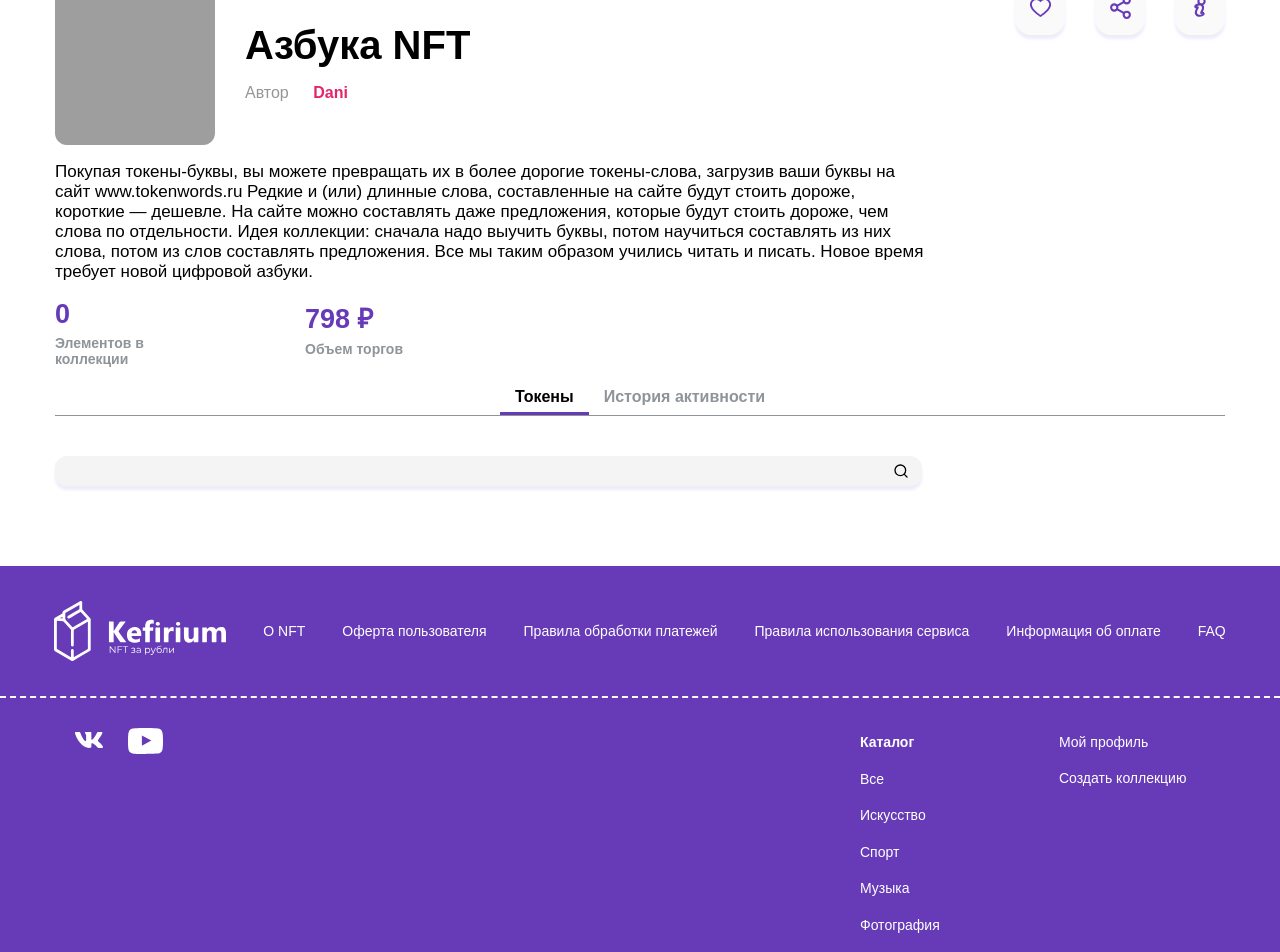
Repository: danchikko/kefirium
Page: /collection
These files come from the project's save history. The page is drawn as it stood at one moment and after the next save; the edit follows.
The browser window is 1280 px wide. The pictures show the part of the page from y = 415 to 1367 px (the page is 1527 px tall).
Pictures or frames that could not be fetched are drawn as grey boxes. The project was rebuilt for these pictures with package versions that can differ from the ones it lists, and the page was loaded fresh each time. Requests to the local data server were answered from the project's data file. Also part of the build but not shown: src/components/signUp/Navs.js, src/utils/helpers/constants.js, src/components/signUp/FormPhysic.js, src/components/signUp/FormJur.js, src/components/signUp/SignUp.js, src/components/signIn/Form.js, src/components/signIn/SignIn.js, src/components/header/Register.js and 48 more.

Above is the page before, as saved 2022-08-18 16:37:03.

### public/index.html
<!DOCTYPE html>
<html lang="en">
	<head>
		<meta charset="utf-8" />
		<link rel="icon" href="%PUBLIC_URL%/favicon.ico" />
		<meta name="viewport" content="width=device-width, initial-scale=1" />
		<meta name="theme-color" content="#000000" />
		<meta
			name="description"
			content="Web site created using create-react-app"
		/>
		<link rel="apple-touch-icon" href="%PUBLIC_URL%/logo192.png" />
		<link rel="manifest" href="%PUBLIC_URL%/manifest.json" />
		<title>React App</title>
	</head>
	<body>
		<div id="root"></div>
	</body>
</html>

### src/index.js
import React from 'react'
import ReactDOM from 'react-dom/client'
import './index.css'
import App from './App'
import { BrowserRouter } from 'react-router-dom'
import { Provider } from 'react-redux'
import store from './store'

const root = ReactDOM.createRoot(document.getElementById('root'))
root.render(
	<React.StrictMode>
		<BrowserRouter>
			<Provider store={store}>
				<App />
			</Provider>
		</BrowserRouter>
	</React.StrictMode>,
)

### src/index.css
* {
	box-sizing: border-box;
  font-family: 'Barlow', sans-serif;
  font-family: 'Barlow Condensed', sans-serif;
  font-family: 'Bebas Neue', cursive;
  font-family: 'Kanit', sans-serif;
  font-family: 'M PLUS 1 Code', sans-serif;
  font-family: 'Oxygen', sans-serif;
  /* font-family: Situs;
  font-style: italic; */
}

body {
	margin: 0;
}

### src/App.js
import Footer from './components/footer/Footer'
import Header from './components/header/Header'
import { AuthContextProvider } from './context/AuthContext'
import Main from './pages'

function App() {

	return (
		<AuthContextProvider>
			<Header />
			<Main />
			<Footer />
		</AuthContextProvider>
	)
}

export default App

### src/store/index.js
import optionsSlice from "./optionsSlice"
import { configureStore } from "@reduxjs/toolkit"
import postsSlice from "./postsSlice"
import registerSlice from "./registerSlice"
import profileSlice from "./profileSlice"

const store = configureStore({
    reducer: {
        options: optionsSlice,
        posts: postsSlice,
        register: registerSlice,
        profile: profileSlice,
    }
})

export default store

### src/components/footer/Footer.js
import { useDispatch } from 'react-redux'
import styled from 'styled-components'
import {
	closeCategoriesModal,
	closeSupportModal,
} from '../../store/optionsSlice'
import { modalRegisterGlobal } from '../../store/registerSlice'
import FirstBlock from './FirstBlock'
import SecondBlock from './SecondBlock'

const Footer = () => {
	const dispatch = useDispatch()
	return (
		<MainFooter
			onClick={() =>
				dispatch(
					closeCategoriesModal(),
					dispatch(closeSupportModal(), dispatch(modalRegisterGlobal())),
				)
			}
		>
			<FirstBlock />
			<SpecialDiv />
			<SecondBlock />
		</MainFooter>
	)
}

const MainFooter = styled.footer`
	width: 100%;
	background: #673bb7;
`

const SpecialDiv = styled.div`
	width: 100%;
	border-bottom: 2.5px dashed #ffff;
`

export default Footer

### src/context/AuthContext.js
import { createContext, useContext, useEffect, useState } from 'react'
import {
	createUserWithEmailAndPassword,
	signInWithEmailAndPassword,
	signOut,
	onAuthStateChanged,
} from 'firebase/auth'
import { auth } from '../firebase'

const UserContext = createContext()

export const AuthContextProvider = ({ children }) => {
    const [user, setUser] = useState({})
	const createUser = (email, password) => {
		return createUserWithEmailAndPassword(auth, email, password)
	};

    const signIn = (email, password) => {
        return signInWithEmailAndPassword(auth, email, password)
    }

    const logout = () => {
        return signOut(auth)
    }

    useEffect(() => {
        const unsubscribe = onAuthStateChanged(auth, (currentUser) => {
            setUser(currentUser)
        })
        return () => {
            unsubscribe()
        }
    }, [])
	return (
		<UserContext.Provider value={{createUser, user, logout, signIn}}>
			{children}
		</UserContext.Provider>
	)
}

export const UserAuth = () => {
	return useContext(UserContext)
}

### src/pages/index.js
import { useDispatch } from 'react-redux'
import { Route, Routes } from 'react-router-dom'
import CreateNewCollection from '../components/createCollection'
import ProfileSetting from '../components/myProfile/profileSetting'
import ProtectedRoute from '../components/ProtectedRoute'
import AboutNFT from '../components/support/AboutNFT'
import PaymentRules from '../components/support/PaymentRules'
import UserOffer from '../components/support/UserOffer'
import {
	closeCategoriesModal,
	closeSupportModal,
} from '../store/optionsSlice'
import { modalRegisterGlobal } from '../store/registerSlice'
import Categories from './categories/Categories'
import Collections from './collections'
import CollectionToken from './collectionTokens'
import CreateNFT from './createNFT/CreateNFT'
import MainPage from './main-page'
import Profile from './profile'

const Main = () => {
	const dispatch = useDispatch()
	return (
		<div
			onClick={() =>
				dispatch(
					closeCategoriesModal(),
					dispatch(closeSupportModal(), dispatch(modalRegisterGlobal())),
				)
			}
		>
			<Routes>
				<Route path='/' element={<MainPage />} />
				<Route path='/categories' element={<Categories />} />
				<Route path='/createNFT' element={<ProtectedRoute><CreateNFT /></ProtectedRoute>} />
				<Route path='/aboutNFT' element={<AboutNFT />} />
				<Route path='/userOffer' element={<UserOffer />} />
				<Route path='/paymentRules' element={<PaymentRules />} />
				<Route path='/profile/*' element={<ProtectedRoute><Profile /></ProtectedRoute>} />
                <Route path='/profile/settings/*' element={<ProfileSetting />} />
				<Route path='/createCollection' element={<ProtectedRoute><CreateNewCollection /></ProtectedRoute>}/>
				<Route path='/collection/token/*' element={<CollectionToken />} />
				<Route path='/collection/*' element={<Collections />} />
			</Routes>
		</div>
	)
}

export default Main

### src/store/optionsSlice.js
import { createSlice } from '@reduxjs/toolkit'

export const optionsSlice = createSlice({
	name: 'options',
	initialState: {
		sorted: '',
		all: false,
		art: false,
		sport: false,
		music: false,
		photo: false,
		collectibles: false,
		virtualworlds: false,
		categoriesModal: false,
		supportModal: false,
	},
	reducers: {
		sortedPost: (state, action) => {
			state.sorted = action.payload
		},
		modalCategories: (state) => {
			state.categoriesModal = !state.categoriesModal
		},
		closeCategoriesModal: (state, action) => {
			state.categoriesModal = action.payload
		},
		modalSupport: (state) => {
			state.supportModal = !state.supportModal
		},
		closeSupportModal: (state) => {
			state.supportModal = false
		},
		allClick: (state) => {
			state.sorted = 'all'
			state.all = true
			state.art = false
			state.sport = false
			state.music = false
			state.photo = false
			state.collectibles = false
			state.virtualworlds = false
		},
		artClick: (state) => {
			state.sorted = 'art'
			state.all = false
			state.art = true
			state.sport = false
			state.music = false
			state.photo = false
			state.collectibles = false
			state.virtualworlds = false
		},
		sportClick: (state) => {
			state.sorted = 'sport'
			state.all = false
			state.art = false
			state.sport = true
			state.music = false
			state.photo = false
			state.collectibles = false
			state.virtualworlds = false
		},
		musicClick: (state) => {
			state.sorted = 'music'
			state.all = false
			state.art = false
			state.sport = false
			state.music = true
			state.photo = false
			state.collectibles = false
			state.virtualworlds = false
		},
		photoClick: (state) => {
			state.sorted = 'photo'
			state.all = false
			state.art = false
			state.sport = false
			state.music = false
			state.photo = true
			state.collectibles = false
			state.virtualworlds = false
		},
		collectiblesClick: (state) => {
			state.sorted = 'collectibles'
			state.all = false
			state.art = false
			state.sport = false
			state.music = false
			state.photo = false
			state.collectibles = true
			state.virtualworlds = false
		},
		virtualworldsClick: (state) => {
			state.sorted = 'virtualworlds'
			state.all = false
			state.art = false
			state.sport = false
			state.music = false
			state.photo = false
			state.collectibles = false
			state.virtualworlds = true
		}
	},
})

export const {
	sortedPost,
	modalCategories,
	closeCategoriesModal,
	modalSupport,
	closeSupportModal,
	allClick,
	artClick,
	sportClick,
	musicClick,
	photoClick,
	collectiblesClick,
	virtualworldsClick,
} = optionsSlice.actions
export default optionsSlice.reducer

### src/store/postsSlice.js
import { createSlice } from '@reduxjs/toolkit'

const postsSlice = createSlice({
	name: 'posts',
	initialState: {
		id: new Date().toLocaleString(),
		NFTImage: null,
		NFTName: '',
		description: '',
		reference: '',
		content: '',
		price: 0,
		mainImage: null,
		banner: null,
		name: '',
		categories: '',
		collectionDescription: '',
	},
	reducers: {
		createImage: (state, action) => {
			state.NFTImage = action.payload
		},
		createName: (state, action) => {
			state.NFTName = action.payload
		},
		createDescription: (state, action) => {
			state.description = action.payload
		},
		createReference: (state, action) => {
			state.reference = action.payload
		},
		createContent: (state, action) => {
			state.content = action.payload
		},
		createPrice: (state, action) => {
			state.price = action.payload
		},
		createCollectionImage: (state, action) => {
			state.mainImage = action.payload
		},
		createCollectionBanner: (state, action) => {
			state.banner = action.payload
		},
		createCollectionName: (state, action) => {
			state.name = action.payload
		},
		createCollectionCategories: (state, action) => {
			state.categories = action.payload
		},
		createCollectionDescription: (state, action) => {
			state.collectionDescription = action.payload
		},
	},
})

export const {
	createImage,
	createName,
	createDescription,
	createReference,
	createContent,
	createPrice,
	createCollectionImage,
	createCollectionBanner,
	createCollectionName,
	createCollectionCategories,
	createCollectionDescription,
} = postsSlice.actions

export default postsSlice.reducer

### src/store/registerSlice.js
import { createSlice } from '@reduxjs/toolkit'

const registerSlice = createSlice({
	name: 'register',
	initialState: {
		physicFace: true,
		jurFace: false,
		registerModal: false,
		signUpModal: false,
		signInModal: false,
	},
	reducers: {
		clickPhysic: (state) => {
			state.physicFace = true
			state.jurFace = false
		},
		clickJur: (state) => {
			state.physicFace = false
			state.jurFace = true
		},
		modalRegister: (state) => {
			state.registerModal = !state.registerModal
		},
		modalSignUp: (state) => {
			state.signUpModal = !state.signUpModal
		},
		modalSignIn: (state) => {
			state.signInModal = !state.signInModal
		},
		modalRegisterGlobal: (state) => {
			state.registerModal = false
		},
	},
})

export const {
	clickPhysic,
	clickJur,
	onRegister,
	modalRegister,
	modalSignUp,
	modalSignIn,
	modalRegisterGlobal,
} = registerSlice.actions
export default registerSlice.reducer

### src/components/footer/FirstBlock.js
import { Link } from 'react-router-dom'
import styled from 'styled-components'
import logo from '../../aseets/svg/logo.svg'

const FirstBlock = () => {
	return (
		<Container>
			<Logo src={logo} alt='logo' />
			<Links to='/'>О NFT</Links>
			<Links to='/'>Оферта пользователя</Links>
			<Links to='/'>Правила обработки платежей</Links>
			<Links to='/'>Правила использования сервиса</Links>
			<Links to='/'>Информация об оплате</Links>
			<Links to='/'>FAQ</Links>
		</Container>
	)
}

const Container = styled.div`
	max-width: 1270px;
	width: 100%;
	height: 130px;
	display: flex;
	justify-content: center;
	gap: 37px;
	align-items: center;
	margin: 0 auto;
	padding: 0 20px;
`

const Logo = styled.img`
	width: 172px;
	height: 60px;
`

const Links = styled(Link)`
	text-decoration: none;
	color: #ffffff;
	font-size: 14px;
    font-weight: 500;
`

export default FirstBlock

### src/components/header/HeaderCategories.js
import { useDispatch, useSelector } from 'react-redux'
import { Link } from 'react-router-dom'
import styled from 'styled-components'
import { FiChevronRight } from 'react-icons/fi'
import {
	closeCategoriesModal,
	closeSupportModal,
	modalCategories,
	sortedPost,
} from '../../store/optionsSlice'

const HeaderCategories = () => {
	const modal = useSelector((state) => state.options.categoriesModal)
	const dispatch = useDispatch()
	return (
		<div>
			<Topics
				onClick={() =>
					dispatch(modalCategories(), dispatch(closeSupportModal()))
				}
			>
				Категории <NavRight />
			</Topics>
			{modal ? (
				<ListCategories
					onClick={() => dispatch(closeCategoriesModal())}
				>
					<Links
						onClick={() => dispatch(sortedPost('all'))}
						to='/categories'
					>
						Все
					</Links>
					<Links
						onClick={() => dispatch(sortedPost('art'))}
						to='/categories'
					>
						Искусство
					</Links>
					<Links
						onClick={() => dispatch(sortedPost('sport'))}
						to='/categories'
					>
						Спорт
					</Links>
					<Links
						onClick={() => dispatch(sortedPost('music'))}
						to='/categories'
					>
						Музыка
					</Links>
					<Links
						onClick={() => dispatch(sortedPost('photo'))}
						to='/categories'
					>
						Фотография
					</Links>
					<Links
						onClick={() => dispatch(sortedPost('collectibles'))}
						to='/categories'
					>
						Коллекционные предметы
					</Links>
					<Links
						onClick={() => dispatch(sortedPost('virtualworlds'))}
						to='/categories'
					>
						Виртуальные миры
					</Links>
				</ListCategories>
			) : (
				''
			)}
		</div>
	)
}

const Topics = styled.p`
	font-size: 15px;
	color: #8f9499;
	font-weight: 700;
	display: flex;
	align-items: center;
	cursor: pointer;
`

const ListCategories = styled.div`
	width: 170px;
	height: 360px;
	background: #f4f4f4;
	border-radius: 16px;
	box-shadow: 0 4px 3px 0 rgb(103 59 183 / 10%);
	position: absolute;
	top: 75px;
	right: 534px;
	padding: 20px 25px;
	display: flex;
	flex-direction: column;
	justify-content: space-around;
`

const Links = styled(Link)`
	text-decoration: none;
	font-size: 14px;
	color: rgb(103, 59, 183);
	:hover {
		color: #e7246a;
	}
`

const NavRight = styled(FiChevronRight)`
	margin-left: 5px;
	width: 14px;
	height: 14px;
`

export default HeaderCategories

### src/components/header/HeaderSupport.js
import styled from 'styled-components'
import { FiChevronRight } from 'react-icons/fi'
import { useDispatch, useSelector } from 'react-redux'
import { closeCategoriesModal, closeSupportModal, modalSupport } from '../../store/optionsSlice'
import { Link } from 'react-router-dom'

const HeaderSupport = () => {
	const modal = useSelector((state) => state.options.supportModal)
	const dispatch = useDispatch()
	return (
		<div>
			<Topics
				onClick={() =>
					dispatch(modalSupport(), dispatch(closeCategoriesModal()))
				}
			>
				Поддержка <NavRight />
			</Topics>
			{modal ? (
				<ListSupports onClick={() => dispatch(closeSupportModal())}>
					<Links to='/aboutNFT'>O NFT</Links>
					<Links to='/userOffer'>Оферта пользователя</Links>
					<Links to='/paymentRules'>Правила обработки платежей</Links>
					<Links to='/'>Правила использования сервиса</Links>
					<Links to='/'>Информация об оплате</Links>
					<Links to='/'>FAQ</Links>
				</ListSupports>
			) : (
				''
			)}
		</div>
	)
}

const Topics = styled.p`
	font-size: 15px;
	color: #8f9499;
	font-weight: 700;
	display: flex;
	align-items: center;
	cursor: pointer;
`

const NavRight = styled(FiChevronRight)`
	margin-left: 5px;
	width: 14px;
	height: 14px;
`

const ListSupports = styled.div`
	width: 170px;
	height: 360px;
	background: #f4f4f4;
	border-radius: 16px;
	box-shadow: 0 4px 3px 0 rgb(103 59 183 / 10%);
	position: absolute;
	top: 75px;
	right: 400px;
	padding: 20px 25px;
	display: flex;
	flex-direction: column;
	justify-content: space-around;
`

const Links = styled(Link)`
	text-decoration: none;
	font-size: 14px;
	color: rgb(103, 59, 183);
	:hover {
		color: #e7246a;
	}
`

export default HeaderSupport

### src/firebase.js
// Import the functions you need from the SDKs you need
import { initializeApp } from "firebase/app";
import { getAuth } from "firebase/auth";
// TODO: Add SDKs for Firebase products that you want to use
// https://firebase.google.com/docs/web/setup#available-libraries

// Your web app's Firebase configuration
const firebaseConfig = {
  apiKey: "AIzaSyCoinYPQWNOuxgztVvEuZQFqFbmSgboiNI",
  authDomain: "auth-development-718fc.firebaseapp.com",
  projectId: "auth-development-718fc",
  storageBucket: "auth-development-718fc.appspot.com",
  messagingSenderId: "1020950913601",
  appId: "1:1020950913601:web:23a5870412d851a716dcc0"
};

// Initialize Firebase
const app = initializeApp(firebaseConfig);
export const auth = getAuth(app);
export default app

### src/pages/collections/index.js
import { useState } from 'react'
import { Fragment } from 'react'
import { useEffect } from 'react'
import styled from 'styled-components'
import Collection from './Collection'
import CollectionNavbar from './CollectionNavbar'

const Collections = () => {
	const [collection, setCollection] = useState([])

	useEffect(() => {
		fetch('http://localhost:3000/Categories')
			.then((responce) => responce.json())
			.then((data) => setCollection(data.slice(0, 1)))
	}, [])
	return (
		<Container>
			{collection.map((el) => {
				return (
					<Fragment key={el.id}>
						<BackgroundBlock url={el.collectionBanner} />
						<Collection
							image={el.collectionImage}
							title={el.collectionName}
							user={el.nickname}
							description={el.collectionDescription}
						/>
					</Fragment>
				)
			})}
            <CollectionNavbar />
		</Container>
	)
}

const Container = styled.div`
	width: 100%;
	padding-top: 80px;
`

const BackgroundBlock = styled.div`
	width: 100%;
	height: 250px;
	background-image: url(${(props) => props.url});
    margin-bottom: 70px;
`

export default Collections

### src/components/UI/typography/Title.js
import styled from 'styled-components'

const Title = (props) => {
	return <CreateTitle {...props} />
}

const CreateTitle = styled.h2`
	color: ${(props) => props.color || '#ffff'};
	font-size: ${(props) => props.size || '20px'};
	margin: ${(props) => props.margin || '0'};
	font-weight: ${(props) => props.weight || '700'};
`

export default Title

### src/components/UI/position/Flex.js
import styled from "styled-components";

const Flex = (props) => {
    return (
        <CreateFlex {...props} />
    )
}

const CreateFlex = styled.div`
    max-width: ${(props) => props.width || ''};
    width: 100%;
    display: flex;
    flex-direction: ${(props) => props.direction || 'stretch'};
    justify-content: ${(props) => props.justify  || 'stretch'};
    align-items: ${(props) => props.align || 'stretch'};
    height: ${(props) => props.height || ''};
    margin: ${(props) => props.margin || ''};
`

export default Flex;

### src/components/UI/typography/Text.js
import styled from "styled-components";

const Text = (props) => {
    return (
        <CreateText {...props} />
    )
}

const CreateText = styled.p`
    color: ${(props) => props.color || '#ffffff'};
    font-size: ${(props) => props.size || '14px'};
    line-height: ${(props) => props.line || ''};
    font-weight: ${(props) => props.weight || '500'};
`

export default Text;

### src/pages/collections/CollectionNavbar.js
import { useState } from 'react'
import styled from 'styled-components'
import Searching from './Searching'

const CollectionNavbar = () => {
	const [tokens, setTokens] = useState(true)
	const [history, setHistory] = useState(false)

    const tokenHandler = () => {
        setTokens(true)
        setHistory(false)
    }

    const historyHandler = () => {
        setHistory(true)
        setTokens(false)
    }
	return (
		<Container>
			<Navbar>
				{tokens ? (
					<ButtonTrue>Токены</ButtonTrue>
				) : (
					<ButtonFalse onClick={tokenHandler}>Токены</ButtonFalse>
				)}
				{history ? (
					<ButtonTrue>История активности</ButtonTrue>
				) : (
					<ButtonFalse onClick={historyHandler}>История активности</ButtonFalse>
				)}
			</Navbar>
            {tokens ? <Searching /> : <Searching />}
		</Container>
	)
}

const Container = styled.div`
	max-width: 1170px;
	width: 100%;
	margin: 0 auto;
`

const Navbar = styled.div`
	max-width: 1170px;
	width: 100%;
	height: 44px;
	border-bottom: 1px solid #8f9499;
	display: flex;
	justify-content: center;
    margin-bottom: 40px;
`

const ButtonTrue = styled.div`
	border-bottom: 3px solid #673bb7;
	padding: 10px 15px;
	color: #000000;
	cursor: pointer;
	background-color: #ffffff;
	font-weight: 700;
	margin-top: 6px;
`

const ButtonFalse = styled.div`
	padding: 10px 15px;
	color: #8f9499;
	cursor: pointer;
	background-color: #ffffff;
	font-weight: 700;
	margin-top: 6px;
`

export default CollectionNavbar

### src/pages/collections/Searching.js
import styled from "styled-components";
import {FiSearch} from 'react-icons/fi'

const Searching = () => {
    return (
        <Container>
            <Search>
                <SearchInput />
                <FiSearch />
            </Search>
        </Container>
    )
}

const Container = styled.div`
    max-width: 1170px;
    width: 100%;
    margin-bottom: 80px;
    display: flex;
    justify-content: space-between;
`

const Search = styled.div`
    max-width: 867px;
    width: 100%;
    display: flex;
    border-radius: 12px;
    box-shadow: 0 4px 3px rgb(103 59 183 / 10%);
    background: #f4f4f4;
    height: 30px;
    align-items: center;
`

const SearchInput = styled.input`
    background-color: #f4f4f4;
    border: none;
    outline: none;
    max-width: 838px;
    width: 100%;
    padding-left: 30px;
`

export default Searching;

Loaded but not shown: db.json (227 lines, source omitted); src/store/profileSlice.js (112 lines, source omitted); src/components/footer/SecondBlock.js (143 lines, source omitted); src/components/header/Header.js (143 lines, source omitted); src/pages/collections/Collection.js (133 lines, source omitted)

After the next save:
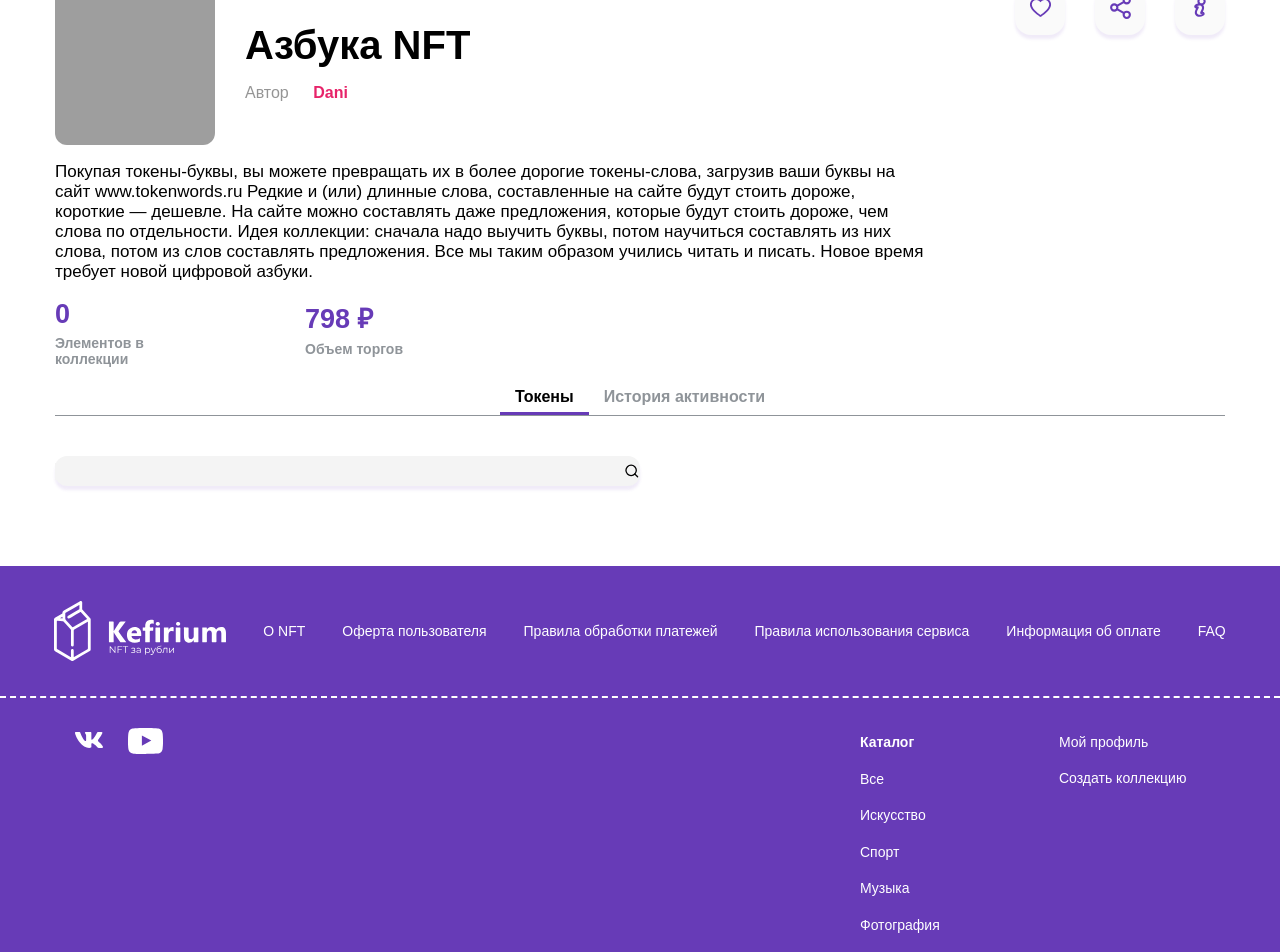
Saved 42 s later.
--- a/src/pages/collections/Searching.js
+++ b/src/pages/collections/Searching.js
@@ -1,5 +1,6 @@
 import styled from "styled-components";
 import {FiSearch} from 'react-icons/fi'
+import Flex from "../../components/UI/position/Flex";
 
 const Searching = () => {
     return (
@@ -8,6 +9,9 @@ const Searching = () => {
                 <SearchInput />
                 <FiSearch />
             </Search>
+            <Flex>
+
+            </Flex>
         </Container>
     )
 }
